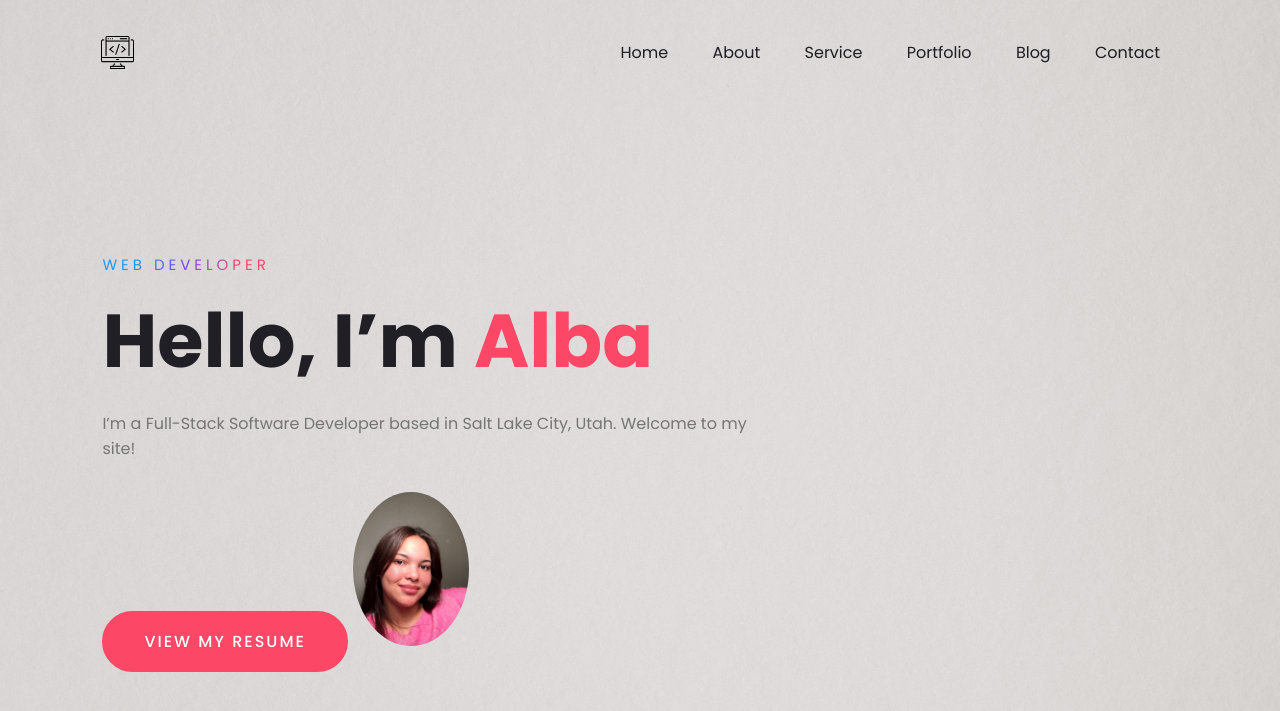
Repository: pilar122/port
Page: index.html
The author's editor kept a copy of each file at every save. The page is drawn from the files as they stood at one save, then again after the next save.
The browser window is 1280 px wide. The pictures show the whole page.

Above is the page before, as saved 2022-01-29 14:55:24.

After the next save:
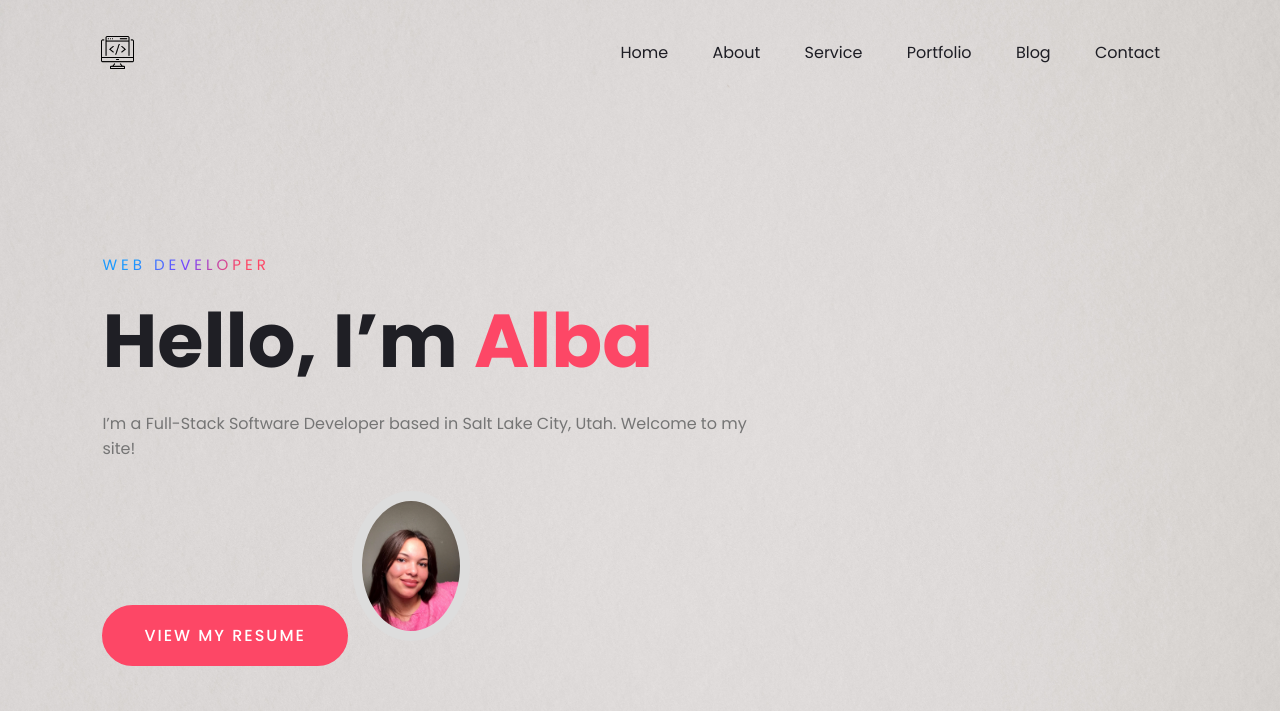
Saved 12 s later.
--- a/style.css
+++ b/style.css
@@ -106,6 +106,6 @@ nav ul li a:hover:after{
     max-width: 10%;
     max-width: 10%;
     border-radius: 50%;
-    border: 1px solid #ddd;
+    border: 10px solid #ddd;
 
 }
